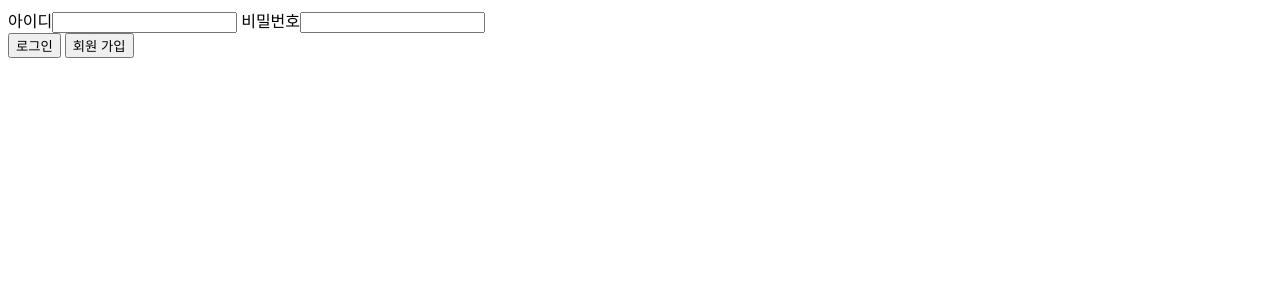
Repository: Tak-kuen/18-2
Page: http://localhost/studyjsp/ch11/loginForm.jsp
The author's editor kept a copy of each file at every save. The page is drawn from the files as they stood at one save, then again after the next save.
The browser window is 1280 px wide. The pictures show the whole page.
The page is served by Tomcat 9.

Above is the page before, as saved 2018-10-31 08:50:06.

After the next save:
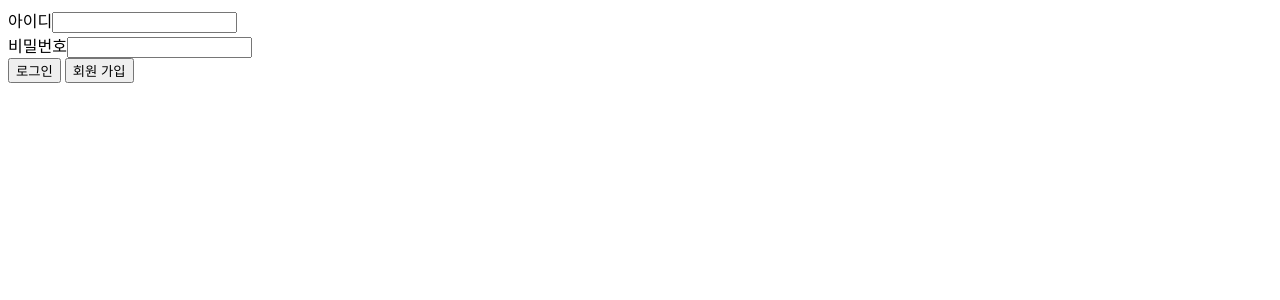
Saved 8 s later.
--- a/code/studyjsp/WebContent/ch11/loginForm.jsp
+++ b/code/studyjsp/WebContent/ch11/loginForm.jsp
@@ -12,7 +12,7 @@
 <script src="login.js"></script>
 <c:if test="${empty id}">
 	<div id="status">
-		<label for="id">아이디</label><input id="id" name="id" type="email" size="20" maxlength="50">
+		<label for="id">아이디</label><input id="id" name="id" type="email" size="20" maxlength="50"><br/>
 		<label for="passwd">비밀번호</label><input id="passwd" name="passwd" type="password" size="20" maxlength="16"><br/>
 		<button id="login">로그인</button>
 		<button id="register">회원 가입</button>
